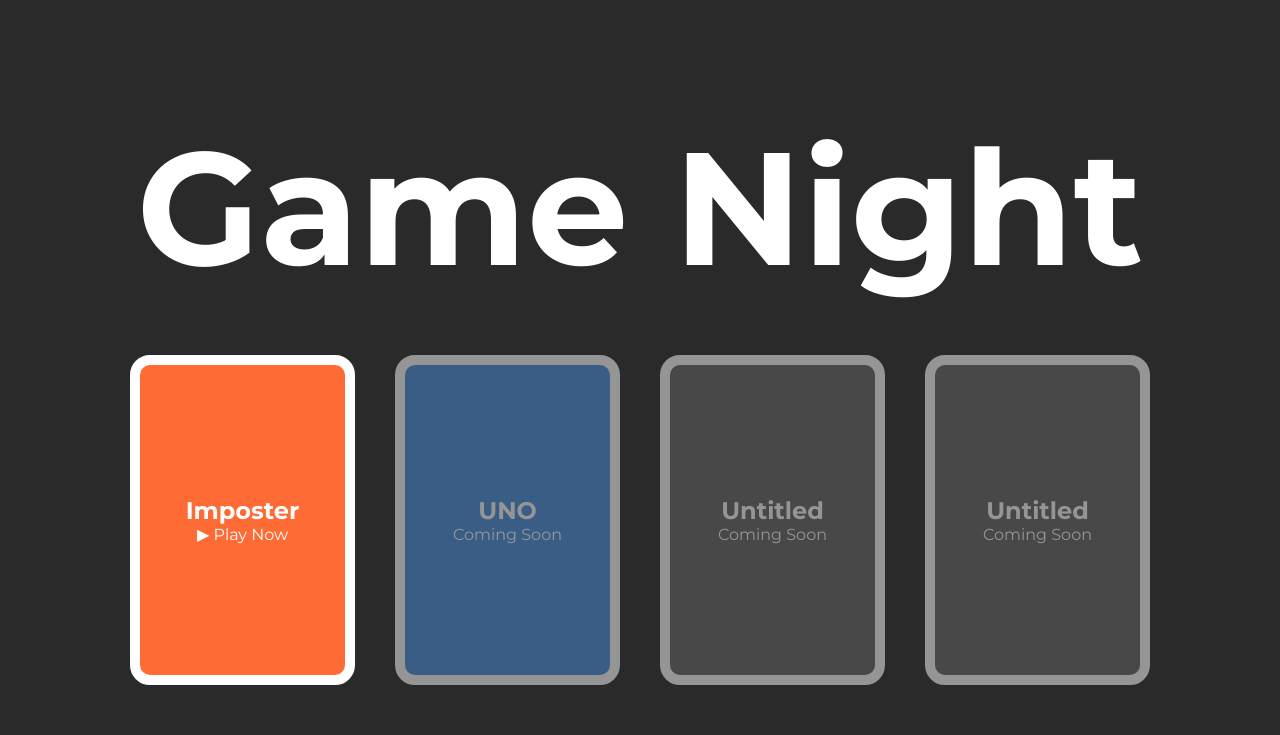
Repository: nfemmanuel/game-night-app
Page: /
The author's editor kept a copy of each file at every save. The page is drawn from the files as they stood at one save, then again after the next save.
The browser window is 1280 px wide. The pictures show the whole page.
The project was rebuilt for these pictures with package versions that can differ from the ones it lists, and the page was loaded fresh each time. Also part of the build but not shown: src/components/BackButton.jsx, src/pages/ImposterSetup.jsx, src/data/wordList.js, src/pages/ImposterReveal.jsx, src/pages/ImposterVoting.jsx.

Above is the page before, as saved 2025-12-31 18:25:49.

After the next save:
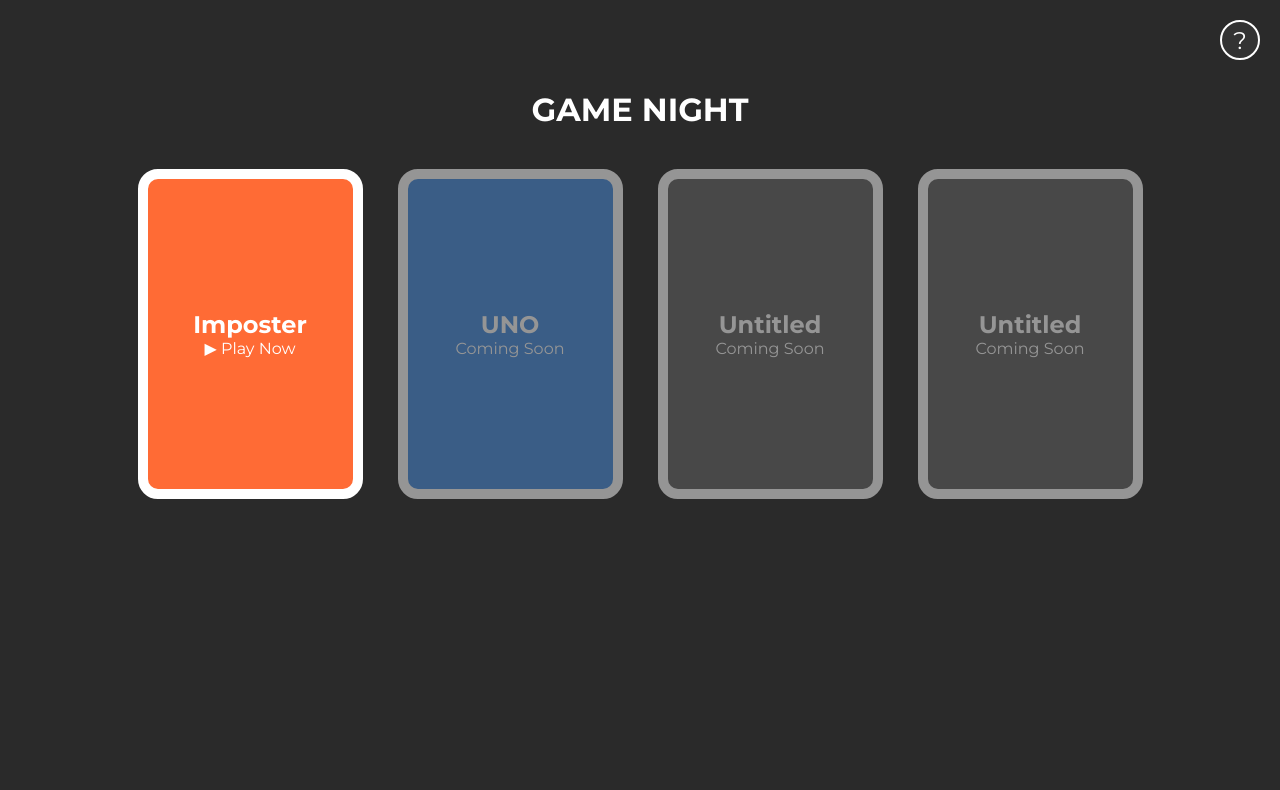
Saved 41 s later.
--- a/src/pages/LandingPage.jsx
+++ b/src/pages/LandingPage.jsx
@@ -12,16 +12,17 @@ function LandingPage() {
     };
 
     return (
-        <div style={{ padding: '40px', textAlign: 'center' }}>
-            <h1 style={{ fontSize: '10rem' }}>Game Night</h1>
+        <div className="landing-page" style={{ padding: '20px', textAlign: 'center' }}>
+            <HelpButton />
+            <h1>GAME NIGHT</h1>
 
             <div style={{
                 display: 'flex',
-                gap: '20px',
+                gap: '15px',
                 justifyContent: 'center',
-                marginTop: '40px',
+                marginTop: '30px',
                 flexWrap: 'wrap',
-                padding: '0 10px'  // Add padding on sides for mobile
+                padding: '0 10px'
             }}>
                 <GameCard
                     name="Imposter"
